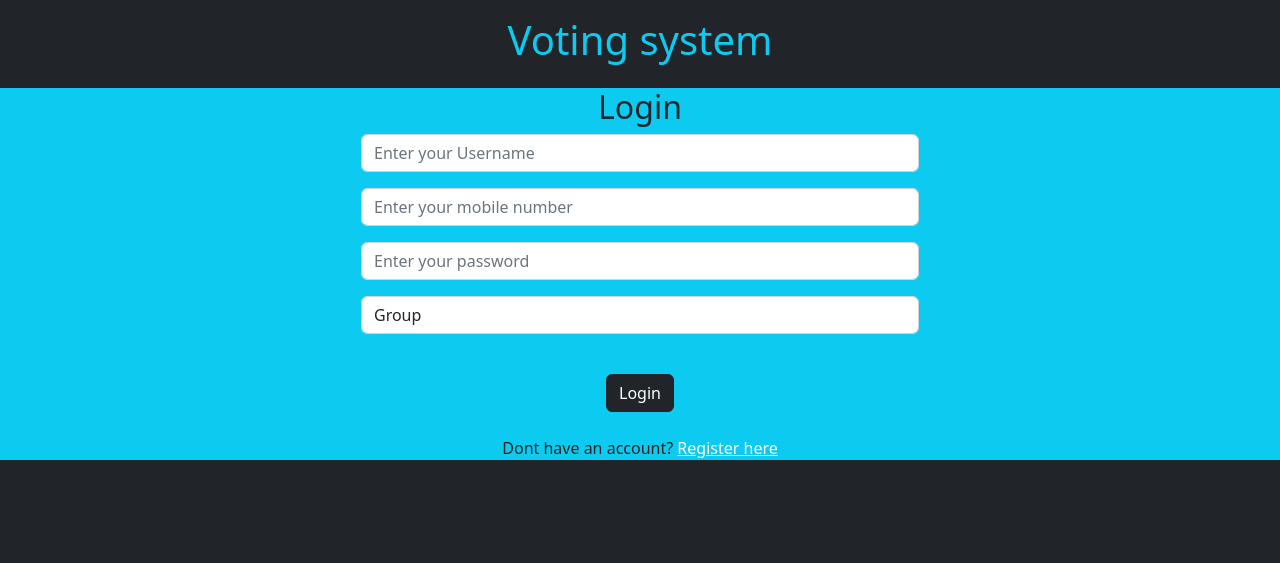
Repository: AvinashLikesToLearnNewStuff/VotingSite
Page: http://localhost/
The author's editor kept a copy of each file at every save. The page is drawn from the files as they stood at one save, then again after the next save.
The browser window is 1280 px wide. The pictures show the whole page.
The page is run by PHP 8.4 with error messages shown; the project is at /var/www/html/.

Above is the page before, as saved 2023-03-09 10:11:28.

After the next save:
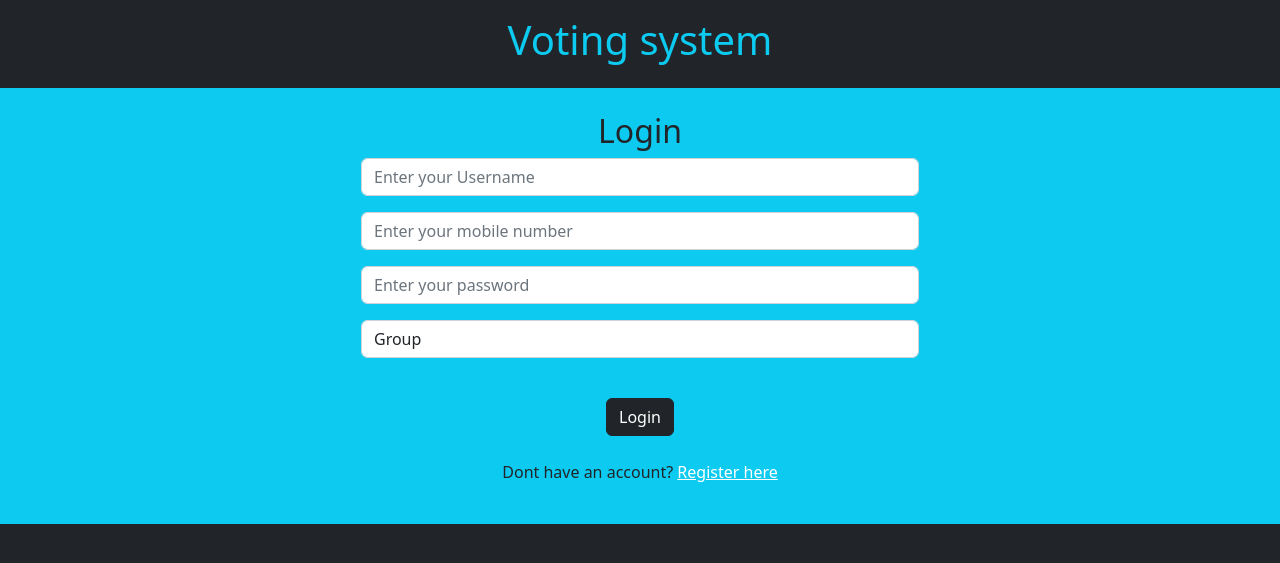
Saved 44 s later.
--- a/index.php
+++ b/index.php
@@ -10,7 +10,7 @@
 </head>
 <body class="bg-dark">
     <h1 class=  "text-info text-center p-3">Voting system</h1>
-    <div class="bg-info">
+    <div class="bg-info py-4">
         <h2 class="text-center">Login</h2>
         <div class="container text-center" >
             <form action="">
